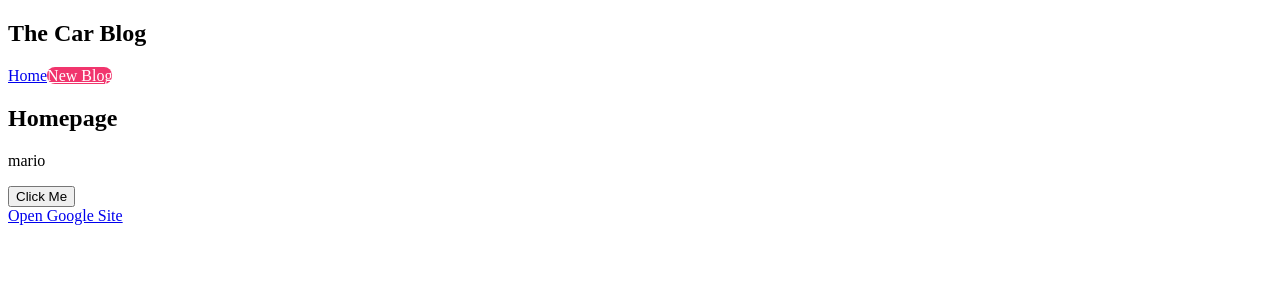
Repository: anuragkej/blogster
Page: /
An editor plug-in stored every save of this project. The page is shown before and after the next save, followed by the edit.
The browser window is 1280 px wide. The pictures show the whole page.
The project was rebuilt for these pictures with package versions that can differ from the ones it lists, and the page was loaded fresh each time.

Above is the page before, as saved 2024-08-27 00:43:12.

### src/index.css
@import url("https://fonts.googleapis.com/css2?family=Quicksand:wght@300;400;500;600;700&display=swap");

### src/App.js
import Navbar from "./Navbar";
import Home from "./Home";

function App() {
  const title = "Welcome to Blogster";
  const likes = 50;
  const link = "http://www.google.com";

  // react converts everything to string before outputting to browser, so don't need to worry about typecasting

  return (
    <div className="App">
      <Navbar></Navbar>
      <div className="content">
        <Home />

        <a href={link}>Open Google Site</a>
      </div>
    </div>
  );
}

export default App;

### src/Navbar.js
const Navbar = () => {
  return (
    <nav className="navbar">
      <h1>The Car Blog</h1>
      <div className="links">
        <a href="/">Home</a>
        <a
          href="/create"
          style={{
            color: "white",
            backgroundColor: "#f1356d",
            borderRadius: "8px",
          }}
        >
          New Blog
        </a>
      </div>
    </nav>
  );
};

export default Navbar;

### src/Home.js
import { useState } from "react";

const Home = (e) => {
  const [name, setName] = useState("mario");
  const handleClick = () => {
    setName("luigi");
  };

  return (
    <div className="home">
      <h2>Homepage</h2>
      <p>{name}</p>
      <button onClick={handleClick}>Click Me</button>
    </div>
  );
};

export default Home;

Loaded but not shown: public/index.html (common file); src/index.js (common file)

After the next save:
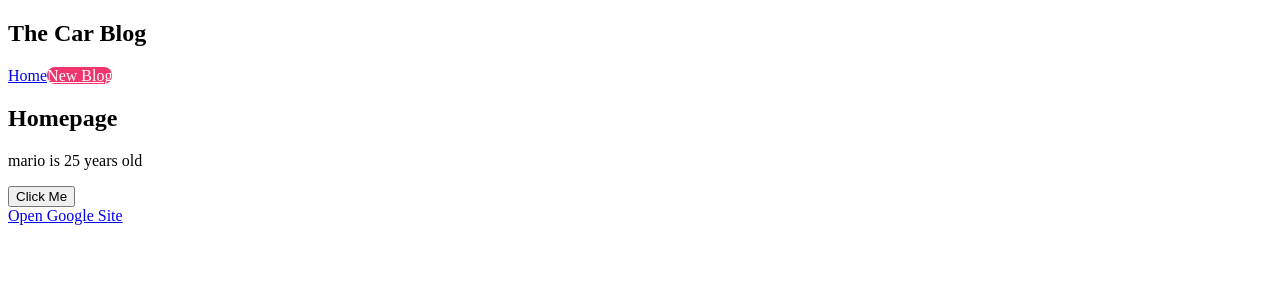
Saved 58 s later.
--- a/src/Home.js
+++ b/src/Home.js
@@ -2,6 +2,7 @@ import { useState } from "react";
 
 const Home = (e) => {
   const [name, setName] = useState("mario");
+  const [age, setAge] = useState(25);
   const handleClick = () => {
     setName("luigi");
   };
@@ -9,7 +10,9 @@ const Home = (e) => {
   return (
     <div className="home">
       <h2>Homepage</h2>
-      <p>{name}</p>
+      <p>
+        {name} is {age} years old
+      </p>
       <button onClick={handleClick}>Click Me</button>
     </div>
   );
